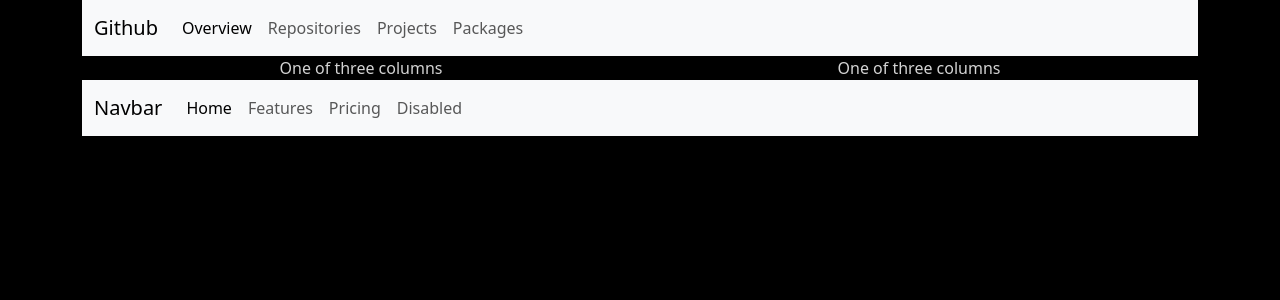
Repository: nss-evening-cohort-E23/gitsub-pull-request-posse
Page: packages.html
An editor plug-in stored every save of this project. The page is shown before and after the next save, followed by the edit.
The browser window is 1280 px wide. The pictures show the whole page.

Above is the page before, as saved 2023-05-07 19:11:45.
Not found: packages.js

### packages.html
<!DOCTYPE html>
<html lang="en">
<head>
  <meta charset="UTF-8">
  <meta http-equiv="X-UA-Compatible" content="IE=edge">
  <meta name="viewport" content="width=device-width, initial-scale=1.0">
  <link href="https://cdn.jsdelivr.net/npm/bootstrap@5.3.0-alpha3/dist/css/bootstrap.min.css" rel="stylesheet" integrity="sha384-KK94CHFLLe+nY2dmCWGMq91rCGa5gtU4mk92HdvYe+M/SXH301p5ILy+dN9+nJOZ" crossorigin="anonymous">
  <link rel="stylesheet" href="packages.css">
  <title>Packages</title>
</head>
<body>
  <div class="container" id="master">
  <div id="navigate">
    <nav class="navbar navbar-expand-lg bg-body-tertiary">
      <div class="container-fluid">
        <a class="navbar-brand" href="#">Github</a>
        <button class="navbar-toggler" type="button" data-bs-toggle="collapse" data-bs-target="#navbarNavAltMarkup" aria-controls="navbarNavAltMarkup" aria-expanded="false" aria-label="Toggle navigation">
          <span class="navbar-toggler-icon"></span>
        </button>
        <div class="collapse navbar-collapse" id="navbarNavAltMarkup">
          <div class="navbar-nav">
            <a class="nav-link active" aria-current="page" href="#">Overview</a>
            <a class="nav-link" href="#">Repositories</a>
            <a class="nav-link" href="#">Projects</a>
            <a class="nav-link" href="#">Packages</a>
          </div>
        </div>
      </div>
    </nav>
  </div>
 <div class="container text-center">
  <div class="row align-items-start">

    <div class="col" id="bio">
      One of three columns
    </div>
    <div class="col" id="pkgs">
      One of three columns
    </div>
  </div>
</div>
<nav class="navbar navbar-expand-lg bg-body-tertiary">
  <div class="container-fluid">
    <a class="navbar-brand" href="#">Navbar</a>
    <button class="navbar-toggler" type="button" data-bs-toggle="collapse" data-bs-target="#navbarNav" aria-controls="navbarNav" aria-expanded="false" aria-label="Toggle navigation">
      <span class="navbar-toggler-icon"></span>
    </button>
    <div class="collapse navbar-collapse" id="navbarNav">
      <ul class="navbar-nav">
        <li class="nav-item">
          <a class="nav-link active" aria-current="page" href="#">Home</a>
        </li>
        <li class="nav-item">
          <a class="nav-link" href="#">Features</a>
        </li>
        <li class="nav-item">
          <a class="nav-link" href="#">Pricing</a>
        </li>
        <li class="nav-item">
          <a class="nav-link" href="#">Disabled</a>
        </li>

      </ul>
    </div>
  </div>
</nav>
</div>
  <script src="packages.js"></script>
</body>
</html>

### packages.css
body {
  background-color: black;
  color: lightgray;
  flex: auto;
}

#master {
  display: flex;
  flex-direction: column;
  height: 100vh;
}

#navigate {
  flex: none;

}

After the next save:
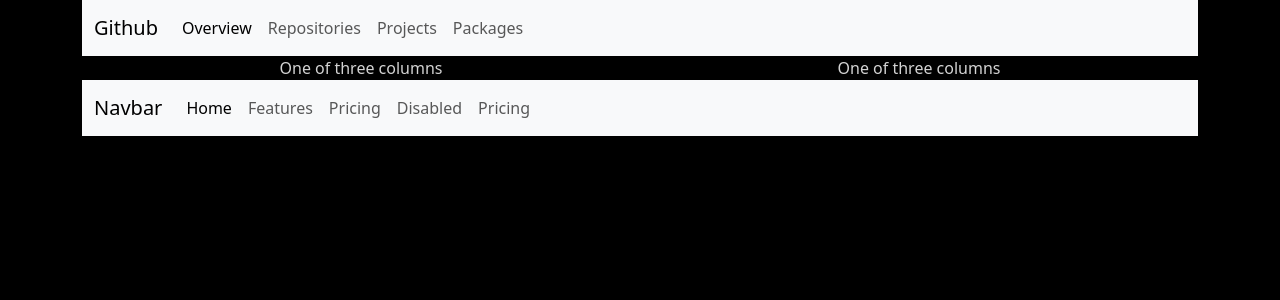
Saved 9 s later.
--- a/packages.html
+++ b/packages.html
@@ -59,7 +59,9 @@
         <li class="nav-item">
           <a class="nav-link" href="#">Disabled</a>
         </li>
-
+        <li class="nav-item">
+          <a class="nav-link" href="#">Pricing</a>
+        </li>
       </ul>
     </div>
   </div>
